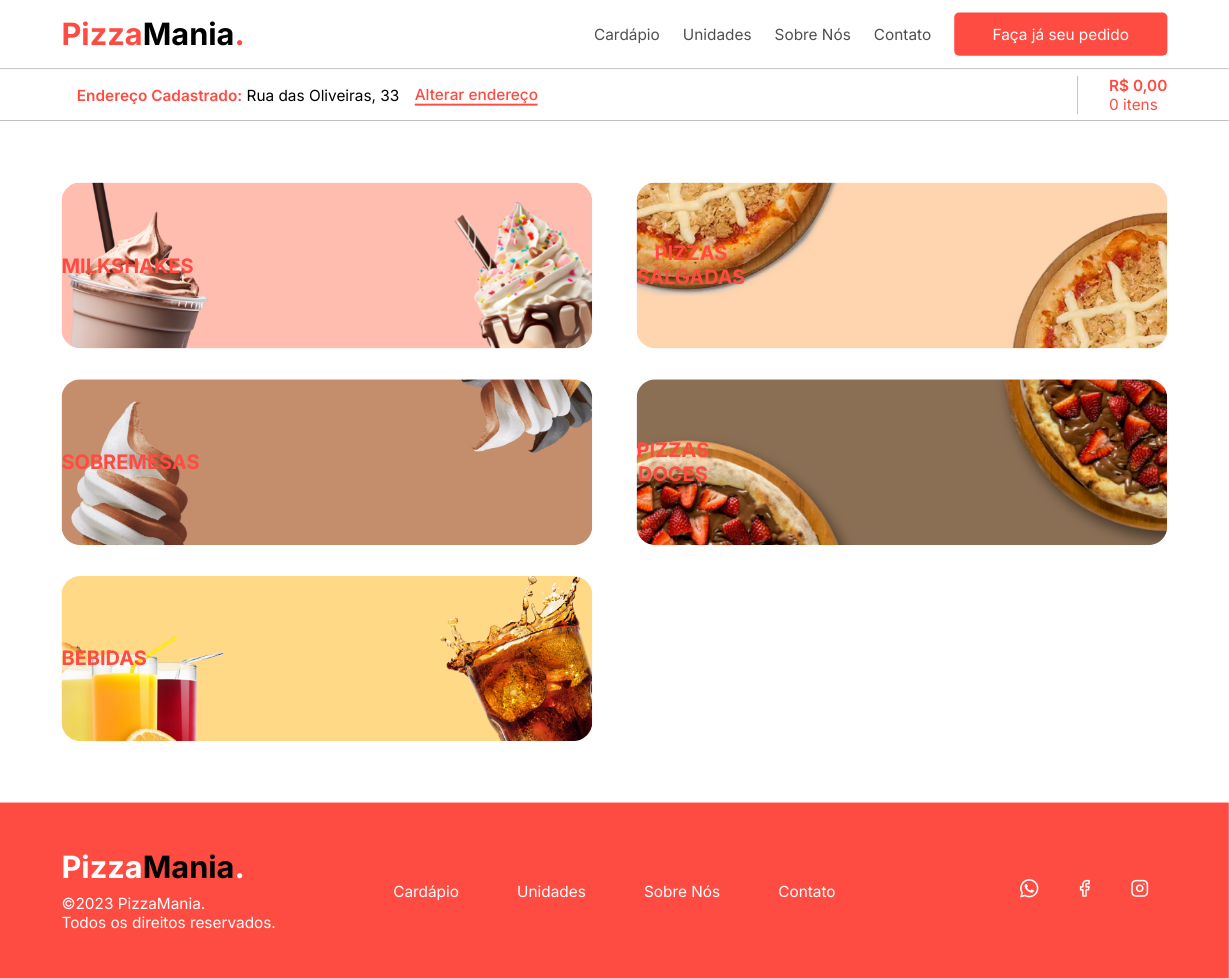
Repository: lucas-albuq/PizzaMania
Page: assets/pages/cardapio.html
The author's editor kept a copy of each file at every save. The page is drawn from the files as they stood at one save, then again after a run of saves.
The browser window is 1280 px wide. The pictures show the whole page, at 96% of full size.
Some icons come from a web library that is not loaded, so they are not drawn. Some web libraries are served in a nearby version.

Above is the page before, as saved 2024-01-04 21:48:06.

### assets/pages/cardapio.html
<!DOCTYPE html>
<html lang="en">
<head>
    <meta charset="UTF-8">
    <meta name="viewport" content="width=device-width, initial-scale=1.0">
    <title>PizzaMania. - Cardápio</title>
    <link rel='stylesheet' href='https://cdn-uicons.flaticon.com/2.0.0/uicons-regular-rounded/css/uicons-regular-rounded.css'>
    <link rel="stylesheet" href="/assets/fonts/style.css">
    <link rel="stylesheet" href="/assets/css/pizzamania.css">
</head>
<body>
    <div id="header"></div>
    <main>
        <div class="categorias-cardapio">
            <a href="#">
                <div class="milkshakes">
                    <h2>Milkshakes</h2>
                </div>
            </a>
            <a href="#">
                <div class="pizzas-salgadas">
                    <h2>Pizzas <br>Salgadas</h2>
                </div>
            </a>
            <a href="#">
                <div class="sobremesas">
                    <h2>Sobremesas</h2>
                </div>
            </a>
            <a href="#">
                <div class="pizzas-doces">
                    <h2>Pizzas <br>Doces</h2>
                </div>
            </a>
            <a href="#">
                <div class="bebidas">
                    <h2>Bebidas</h2>
                </div>
            </a>
        </div>
    </main>
    <div id="footer"></div>
    <script src="https://ajax.googleapis.com/ajax/libs/jquery/3.1.0/jquery.min.js"></script>
    <script src="../../main.js"></script>
</body>
</html>

### assets/fonts/style.css
@font-face {
  font-family: 'icomoon';
  src:  url('fonts/icomoon.eot?r532as');
  src:  url('fonts/icomoon.eot?r532as#iefix') format('embedded-opentype'),
    url('fonts/icomoon.ttf?r532as') format('truetype'),
    url('fonts/icomoon.woff?r532as') format('woff'),
    url('fonts/icomoon.svg?r532as#icomoon') format('svg');
  font-weight: normal;
  font-style: normal;
  font-display: block;
}

[class^="icon-"], [class*=" icon-"] {
  /* use !important to prevent issues with browser extensions that change fonts */
  font-family: 'icomoon' !important;
  speak: never;
  font-style: normal;
  font-weight: normal;
  font-variant: normal;
  text-transform: none;
  line-height: 1;

  /* Better Font Rendering =========== */
  -webkit-font-smoothing: antialiased;
  -moz-osx-font-smoothing: grayscale;
}

.icon-delivery:before {
  content: "\e909";
}
.icon-pizza:before {
  content: "\e90a";
}
.icon-fatia:before {
  content: "\e90b";
}
.icon-whatsapp:before {
  content: "\e900";
}
.icon-brand:before {
  content: "\e900";
}
.icon-social:before {
  content: "\e900";
}
.icon-facebook:before {
  content: "\e902";
}
.icon-instagram:before {
  content: "\e903";
}
.icon-mail:before {
  content: "\e904";
}
.icon-map-pin:before {
  content: "\e905";
}
.icon-menu:before {
  content: "\e901";
}
.icon-phone:before {
  content: "\e906";
}
.icon-x:before {
  content: "\e907";
}
.icon-youtube:before {
  content: "\e908";
}

### assets/css/pizzamania.css
@import url('https://fonts.googleapis.com/css2?family=Inter:wght@100;200;300;400;500;600;700;800;900&display=swap');

:root {
  --base-hue: 3;
  --primary-color: hsl(var(--base-hue), 100%, 63%);
  --secondary-color: hsl(var(--base-hue), 0%, 0%);
  --text-color: hsl(var(--base-hue), 0%, 31%);
  --text-hover-color: hsl(var(--base-hue), 0%, 51%);
  --background-color: hsl(var(--base-hue), 0%, 100%);
  --button-background: hsl(var(--base-hue), 100%, 63%);
  --button-hover-background: hsl(var(--base-hue), 67%, 47%);
  --divider-color: hsl(var(--base-hue), 0%, 75%);
  --shadow-color:rgba(0, 0, 0, 0.25);
  --box-shadow: 0px 2px 8px 0px rgba(0, 0, 0, 0.25);
}

* {
  padding: 0;
  margin: 0;
  scroll-behavior: smooth;
  font-family: 'Inter', sans-serif;
  box-sizing: border-box;
}

header {
  display: flex;
  flex-direction: column;
  align-items: center;
}

main{
  max-width: 80em;
  width: 90%;
  margin: 4em auto;
  display: flex;
  flex-direction: column;
  gap: 4em;
}

section{
  display: flex;
  flex-direction: column;
  gap: 2em;
}

h2{
  font-size: 1.3em;
  color: var(--primary-color);
  text-transform: uppercase;
}

h3{
  font-size: 1.2em;
}

.header1, .header2 {
  display: flex;
  max-width: 80em;
  width: 90%;
  justify-content: space-between;
  align-items: center;
}

.header1 {
  padding: .8em 0;
}

.header2 {
  padding: .4em 0;
}

.header1 h1 a {
  color: var(--primary-color);
  font-size: 2rem;
}

.header1 h1 span {
  color: var(--secondary-color);
}

.header1_menus {
  display: flex;
  gap: 1.5em;
}

.header1 nav {
  display: flex;
  align-items: center;
}

.header1 ul {
  display: flex;
  list-style-type: none;
  align-items: center;
  justify-content: center;
  gap: 1.5em;
  align-items: center;
}

.header1 a {
  text-decoration: none;
  color: var(--text-color);
  font-size: 1rem;
  transition: color .2s;
}

.header1 nav a:hover {
  color: var(--text-hover-color);
}

.header1 button {
  padding: .8em 2.5em;
  border-radius: 5px;
  line-height: initial;
  align-self: center;
  background-color: var(--button-background);
  border: none;
  color: #FFF;
  font-size: 1rem;
  cursor: pointer;
  transition: background .2s;
}

.header1 button:hover {
  background-color: var(--button-hover-background);
}

.divider {
  border-bottom: 1px solid var(--divider-color);
  width: 100%;
}

.header2 .endereco, .header2 .carrinho {
  display: flex;
  gap: 1em;
  align-items: center;
}

.header2 .carrinho {
  border-left: 1px solid var(--divider-color);
  padding-left: 1em;
  cursor: pointer;
}

.header2 .fi, .header2 span, .carrinho p {
  color: var(--primary-color);
  transition: color .2s;
}

.header2 .endereco button {
  background: none;
  border: none;
  font-size: 1rem;
  color: var(--primary-color);
  font-weight: 500;
  border-bottom: 2px solid var(--primary-color);
  cursor: pointer;
  transition: color .2s;
}

.header2 .endereco button:hover {
  color: var(--button-hover-background);
  border-color: var(--button-hover-background);
}

.header2 .carrinho:hover .valor p, .carrinho:hover .fi {
  color: var(--button-hover-background);
}

.header2 span, .carrinho p:first-child {
  font-weight: 600;
}

footer{
  background-color: var(--primary-color);
}
footer .footer{
  display: flex;
  max-width: 80em;
  width: 90%;
  margin: 0 auto;
  justify-content: space-between;
  align-items: center;
  padding: 3em 0;
}
.footer .footer-menu{
  width: 40%;
}
.footer .footer-menu ul{
  display: flex;
  list-style-type: none;
  justify-content: space-between;
}
.footer .footer-menu a{
  color: var(--background-color);
  text-decoration: none;
  transition: color .2s
}
.footer-menu a:hover{
  color: var(--divider-color)
}
.footer-logo-copy, .footer-social-medias{
  width: 20%;
}
.footer-social-medias{
  display: flex;
  justify-content: end;
  align-items: center;
}
.footer-social-medias a{
  text-decoration: none;
}
.footer-social-medias div {
  color: var(--background-color);
  font-size: 1.2rem;
  padding: 1em;
  transition: all .5s ease;
}

.footer-social-medias div:hover {
  transform: translateY(-5px);
}
.footer-social-medias div::after{
  content: "";
  display: block;
  width: 0;
  height: 3px;
  margin-top: 3px;
  border-radius: 5px;
  background: var(--background-color);
  transition: all .2s ease;
}
.footer-social-medias div:hover::after{
  width: 100%;
}
.footer-logo-copy{
  display: flex;
  flex-direction: column;
  gap: .5em;
  color: var(--background-color)
}
.footer-logo-copy a{
  color: var(--background-color);
  text-decoration: none;
}
.footer-logo-copy a span{
  color: var(--secondary-color);
}
.servicos > div{
  display: flex;
  justify-content: space-between;
}
.servicos > div > div{
  box-shadow: var(--box-shadow);
  display: flex;
  flex-direction: column;
  align-items: center;
  justify-content: center;
  padding: 2.5em;
  width: 30%;
  gap: 1.5em;
  border-radius: 20px;
  border-bottom: var(--primary-color) solid 8px;
}

.servicos img{
  height: 3.5em;
}

.servicos p{
  text-align: center;
}

.carrossel .swiper {
  width: 100%;
  aspect-ratio: 16/6;
  border-radius: 20px;
}
.carrossel .swiper img{
  width: 100%;
  aspect-ratio: 16/6;
  filter: brightness(75%);
}
.swiper-pagination-bullet{
  padding: 3px;
}
.swiper-pagination-bullet-active{
  background: var(--primary-color);
}
.swiper-button-next, .swiper-button-prev{
  color: #FFF
}
.promocoes .swiper-slide, .assessments .swiper-slide{
  padding: 1em .2em;
}
.promocoes .card{
  display: flex;
  flex-direction: column;
  padding: 2em;
  gap: 2em;
  box-shadow: var(--box-shadow);
  border-radius: 20px;
}
.promocoes .card-top, .promocoes .card-bottom{
  display: flex;
  justify-content: space-between;
}
.promocoes .card-top-text{
  width: 65%;
  display: flex;
  flex-direction: column;
  gap: 1em;
}
.promocoes .card-top-image{
  width: 35%;
}
.promocoes .card-top-image img{
  width: 100%;
}
.promocoes .card-bottom p span{
  font-weight: bold;
  font-size: 1.2em;
}
.promocoes .card-bottom button{
  border: none;
  background: var(--button-background);
  padding: 0 3em;
  border-radius: 5px;
  color: #FFF;
  font-size: 1rem;
  cursor: pointer;
  transition: background .2s;
}
.promocoes .card-bottom button:hover{
  background: var(--button-hover-background);
}
.swiper-container{
  overflow: hidden;
}
/*Novamente reutilizando código antigo meu (é meu msm)*/
.assessments .assessments__container .swiper-wrapper{
  display: flex;
  flex-wrap: nowrap;
}
.assessments .assessments__container .assessments__assessment blockquote{
  padding: 2em;
  box-shadow: var(--box-shadow);
  border-radius: 20px;
  height: auto;
  width: 100%;
}
.assessments .assessments__container .assessments__assessment p{
  position: relative;
  text-indent: 1.875rem;
  margin-bottom: 1.5rem;
  color: var(--title-color);
}
.assessments .assessments__container .assessments__assessment p span{
  font-size: 4rem;
  font-family: serif;
  font-weight: 700;
  position: absolute;
  color: var(--primary-color);
  top: -1.375rem;
  left: -2.300rem;
}
.assessments .assessments__container .assessments__assessment cite {
  display: flex;
  align-items: center;
  font-style: normal;
  text-transform: capitalize;
}
.assessments .assessments__container .assessments__assessment cite img{
  height: 2rem;
  width: 2rem;
  object-fit: cover;
  clip-path: circle();
  margin-right: 0.5rem;
}
.categorias-cardapio {
  display: flex;
  flex-wrap: wrap;
  gap: 2em;
  justify-content: space-between;
}

.categorias-cardapio div {
  text-align: center;
  height: 100%;
  display: flex;
  align-items: center;
  border-radius: 20px;
  background-size: cover;
  background-position: center;
  background-repeat: no-repeat;
  aspect-ratio: 16/5;
  position: relative;
  overflow: hidden;
}

.categorias-cardapio a {
  text-decoration: none;
  flex: 0 0 48%;
  overflow: hidden; /* Garante que o overflow seja escondido para não afetar o efeito do filtro ao passar o mouse */
}

.categorias-cardapio .milkshakes {
  background-image: url("/assets/images/Milkshakes.png");
}

.categorias-cardapio .pizzas-salgadas {
  background-image: url("/assets/images/pizzasSalgadas.png");
}

.categorias-cardapio .sobremesas {
  background-image: url("/assets/images/sobremesas.png");
}

.categorias-cardapio .pizzas-doces {
  background-image: url("/assets/images/pizzasDoces.png");
}

.categorias-cardapio .bebidas {
  background-image: url("/assets/images/bebidas.png");
}

### main.js
document.addEventListener('DOMContentLoaded', function() {
    const header = document.getElementById('header');
    const footer = document.getElementById('footer');

    fetch('/assets/html/header.html')
        .then(response => response.text())
        .then(data => {
            header.innerHTML = data;

            const fazerPedido = document.querySelector(".header1_menus button");
            fazerPedido.addEventListener("click", () => window.open('./assets/pages/cardapio.html', '_self'));
        });

    fetch('/assets/html/footer.html')
        .then(response => response.text())
        .then(data => {
            footer.innerHTML = data;
        });
});

### assets/html/header.html
<header>
        <div class="header1">
            <h1><a href="/index.html">Pizza<span>Mania</span>.</a></h1>
            <div class="header1_menus">
                <nav>
                    <ul>
                        <li><a href="#">Cardápio</a></li>
                        <li><a href="#">Unidades</a></li>
                        <li><a href="#">Sobre Nós</a></li>
                        <li><a href="#">Contato</a></li>
                    </ul>
                </nav>
                <button>
                    Faça já seu pedido
                </button>
            </div>
        </div>
        <div class="divider"></div>
        <div class="header2">
            <div class="endereco">
                <i class="fi fi-rr-home"></i>
                <p><span>Endereço Cadastrado:</span> Rua das Oliveiras, 33</p>
                <button>Alterar endereço</button>
            </div>
            <div class="carrinho">
                <i class="fi fi-rr-shopping-cart"></i>
                <div class="valor">
                    <p>R$ 0,00</p>
                    <p>0 itens</p>
                </div>
            </div>
        </div>
        <div class="divider"></div>
    </header>

### assets/html/footer.html
<footer>
    <div class="footer">
        <div class="footer-logo-copy">
            <h1><a href="/index.html">Pizza<span>Mania</span>.</a></h1>
            <p>
                ©2023 PizzaMania. <br>
                Todos os direitos reservados.
            </p>
        </div>
        <nav class="footer-menu">
            <ul>
                <li><a href="">Cardápio</a></li>
                <li><a href="">Unidades</a></li>
                <li><a href="">Sobre Nós</a></li>
                <li><a href="">Contato</a></li>
            </ul>
        </nav>
        <div class="footer-social-medias">
            <a href="#">
                <div class="icon-whatsapp"></div>
            </a>
            <a href="#">
                <div class="icon-facebook"></div>
            </a>
            <a href="#">
                <div class="icon-instagram"></div>
            </a>
        </div>
    </div>
</footer>

After the next 2 saves:
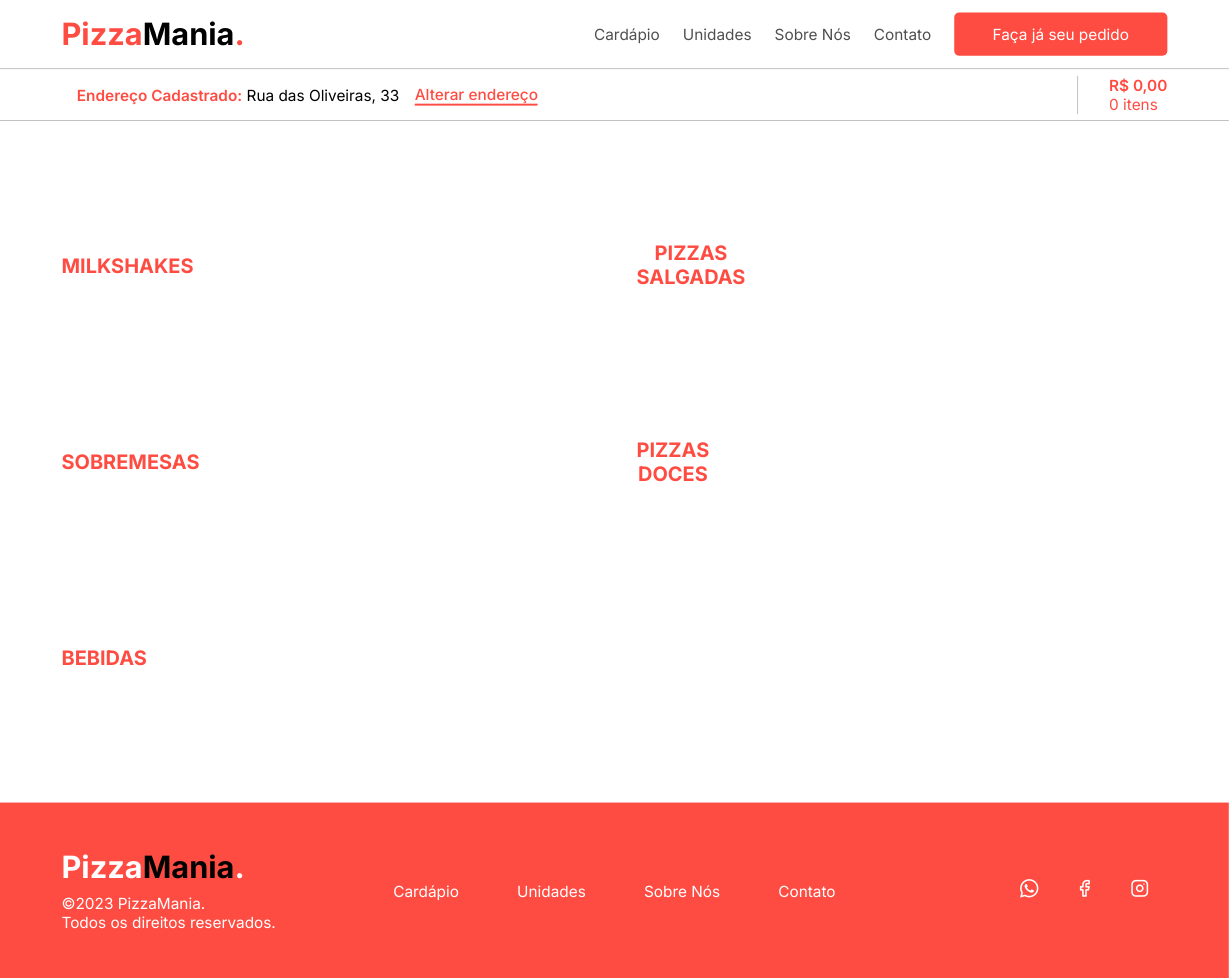
The 2 saves are shown as one change because they came seconds apart.
The last was saved 2 min 39 s later.
--- a/assets/css/pizzamania.css
+++ b/assets/css/pizzamania.css
@@ -401,8 +401,6 @@
 .categorias-cardapio a {
   text-decoration: none;
   flex: 0 0 48%;
-  overflow: hidden; /* Garante que o overflow seja escondido para não afetar o efeito do filtro ao passar o mouse */
-}
 
 .categorias-cardapio .milkshakes {
   background-image: url("/assets/images/Milkshakes.png");

After the save that followed:
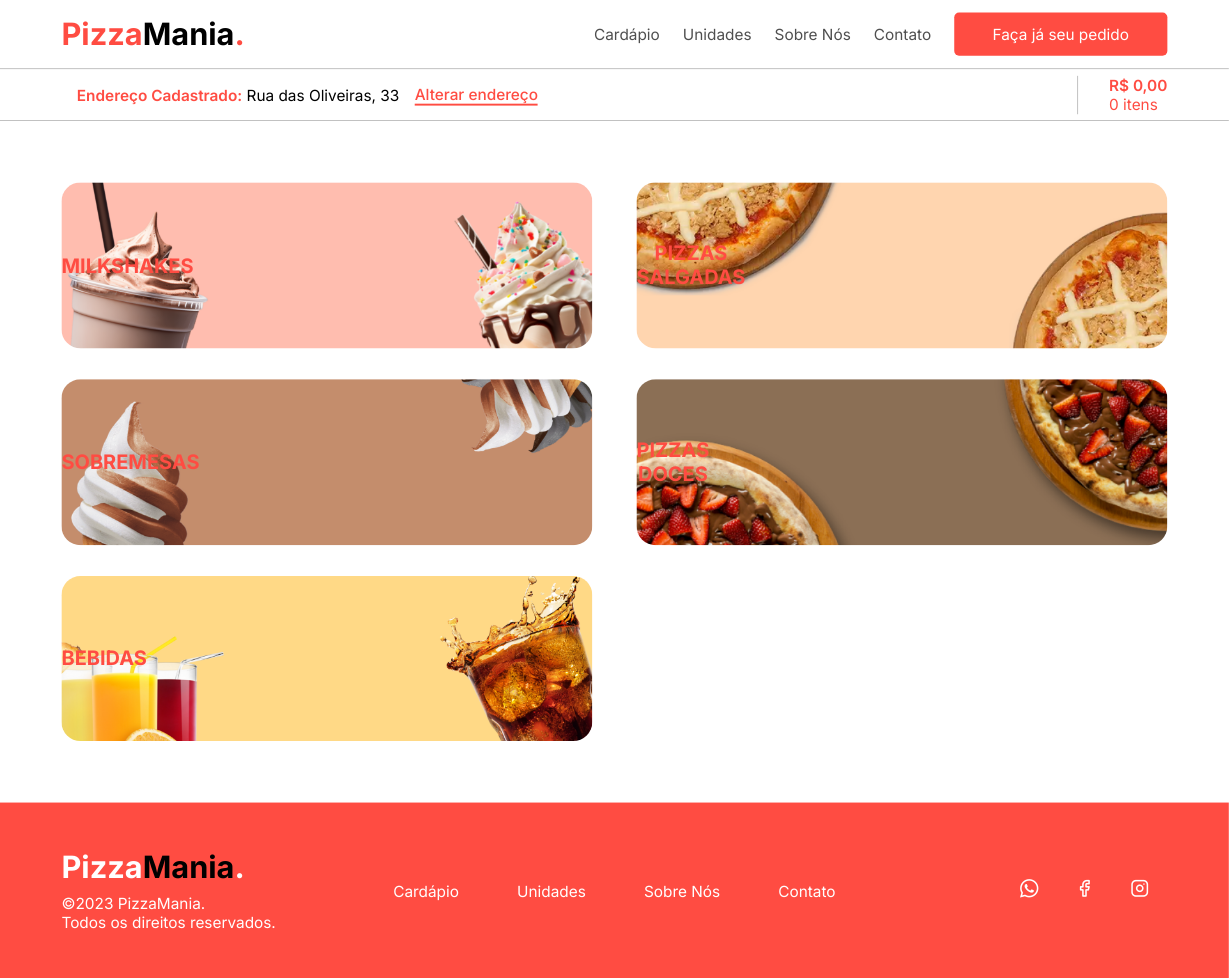
Saved 9 s later.
--- a/assets/css/pizzamania.css
+++ b/assets/css/pizzamania.css
@@ -401,6 +401,7 @@
 .categorias-cardapio a {
   text-decoration: none;
   flex: 0 0 48%;
+}
 
 .categorias-cardapio .milkshakes {
   background-image: url("/assets/images/Milkshakes.png");
